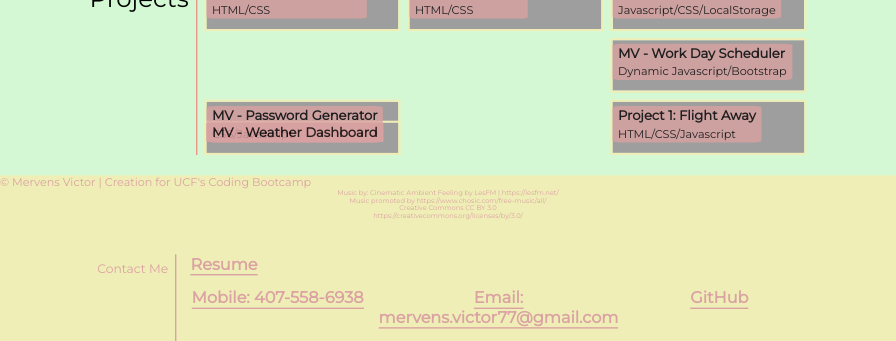
Repository: Mervens/MV-Portfolio
Page: index.html
The author's editor kept a copy of each file at every save. The page is drawn from the files as they stood at one save, then again after the next save.
The browser window is 1280 px wide. The pictures show the part of the page from y = 599 to 2519 px (the page is 1086 px tall before and 3745 px after), at 70% of full size.
Pictures or frames that could not be fetched are drawn as grey boxes. Backgrounds fixed to the window are drawn as part of the page.

Above is the page before, as saved 2021-10-10 06:53:18.

After the next save:
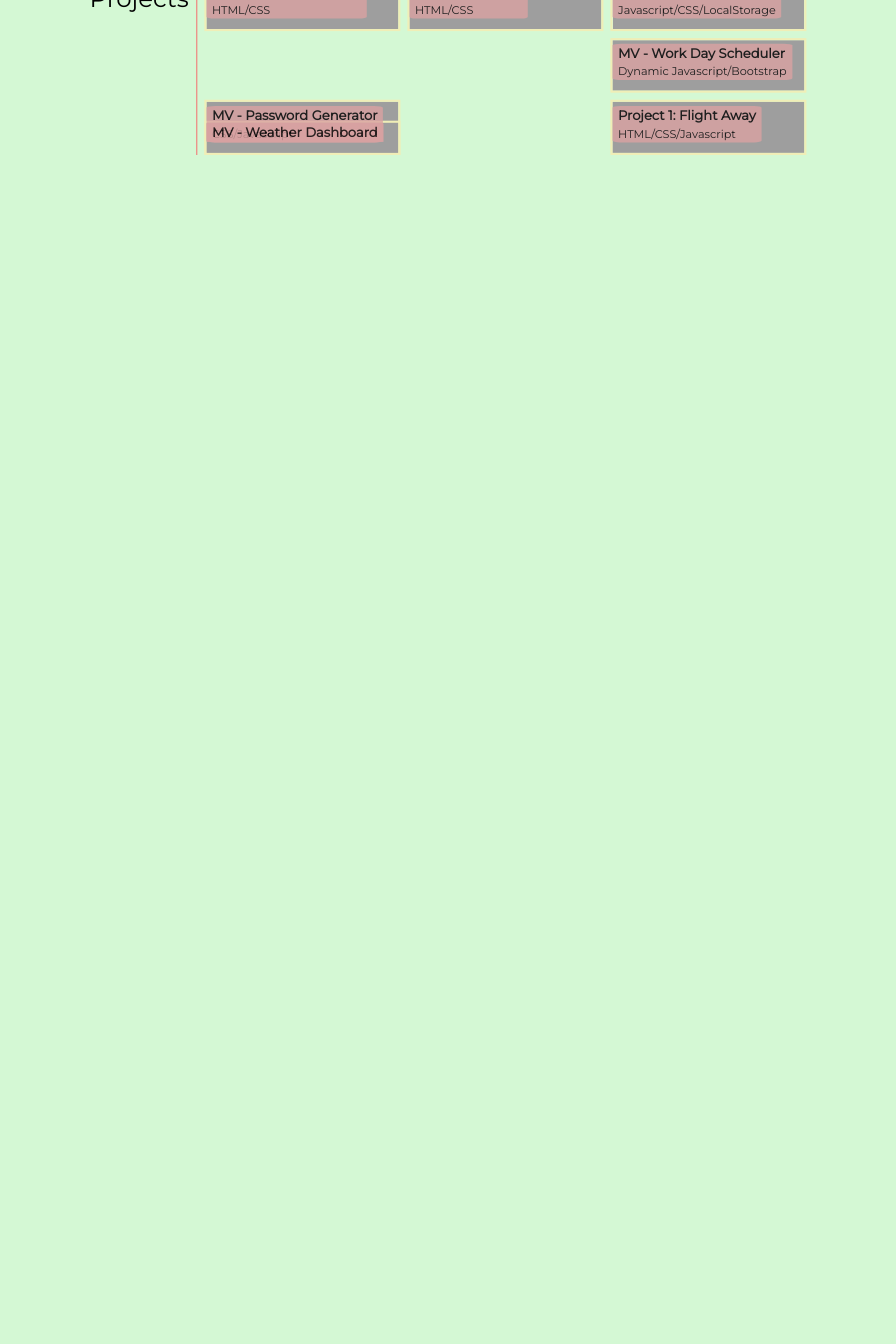
Saved 34 s later.
--- a/assets/index.css
+++ b/assets/index.css
@@ -160,7 +160,7 @@
   width: 80%;
   display: grid;
   grid-template-columns: 1fr repeat(3, 2fr);
-  grid-template-rows: repeat(10, 1fr);
+  grid-template-rows: repeat(100, 1fr);
   gap: 10px 10px;
 }
 
